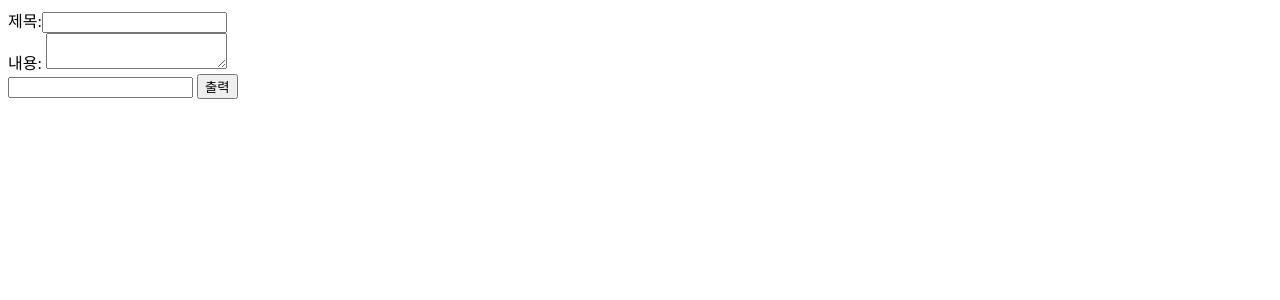
Repository: water-case/Servlet_JSP_JSPMVC
Page: workspace/JSPPrj/src/main/webapp/reg.html
These files come from the project's save history. The page is drawn as it stood at one moment and after a run of saves; the edit follows.
The browser window is 1280 px wide. The pictures show the whole page.

Above is the page before, as saved 2021-08-25 01:12:47.

After the next 2 saves:
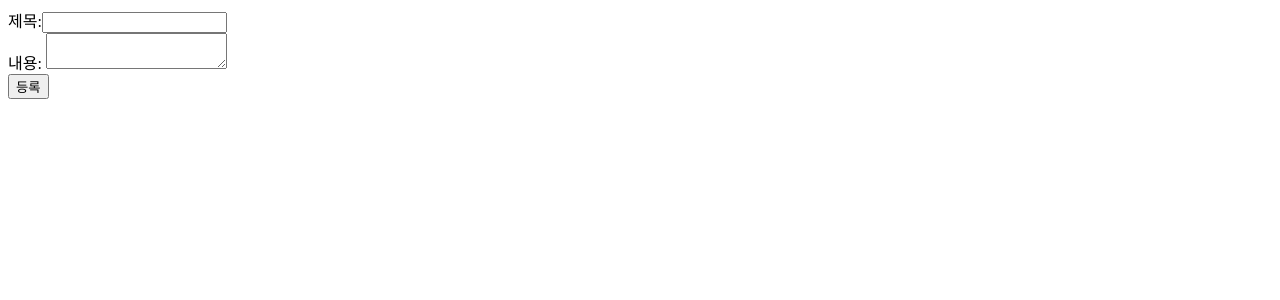
The 2 saves are shown as one change because they came seconds apart.
The last was saved 6 s later.
--- a/workspace/JSPPrj/src/main/webapp/reg.html
+++ b/workspace/JSPPrj/src/main/webapp/reg.html
@@ -15,8 +15,7 @@
 				<textarea name="content"></textarea>
 			</div>
 			<div>
-				<input type="text" name="cnt" />
-				<input type="submit" value="출력" />
+				<input type="submit" value="등록" />
 			</div>
 		</form>
 	</div>
